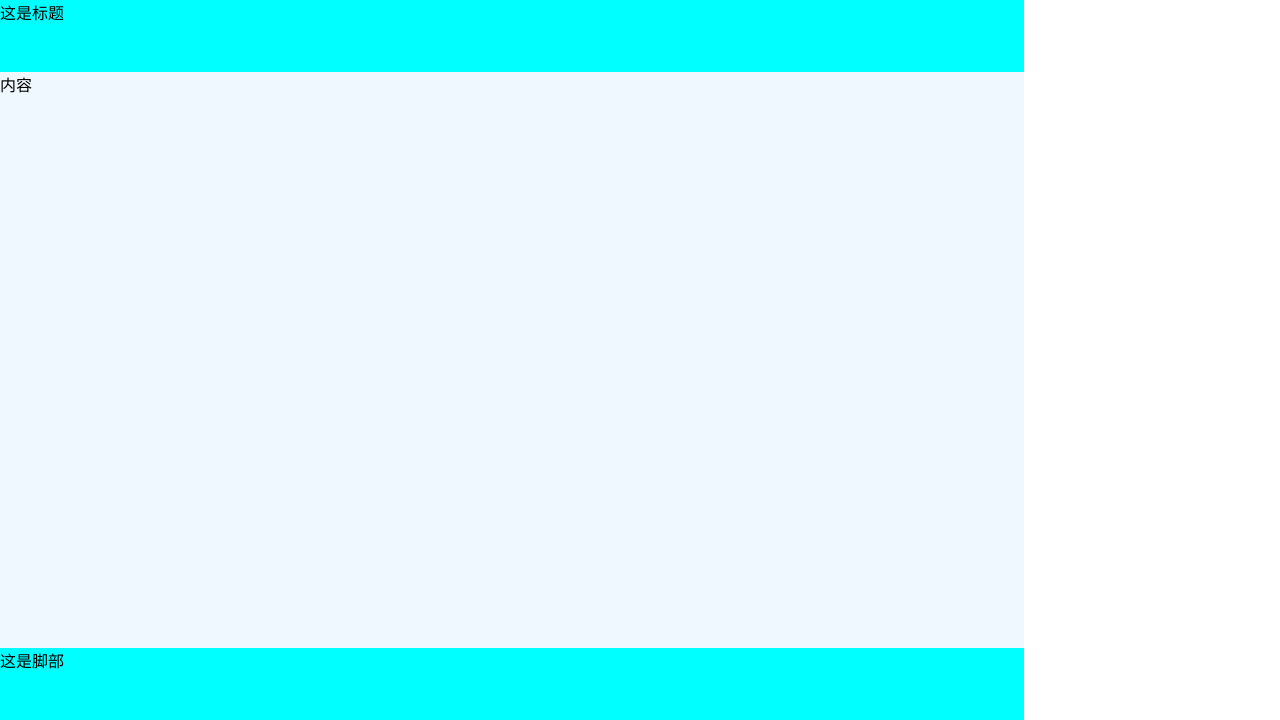
Repository: krm007/my
Page: layout.html
The author's editor kept a copy of each file at every save. The page is drawn from the files as they stood at one save, then again after the next save.
The browser window is 1280 px wide. The pictures show the whole page.

Above is the page before, as saved 2019-01-23 10:59:54.

After the next save:
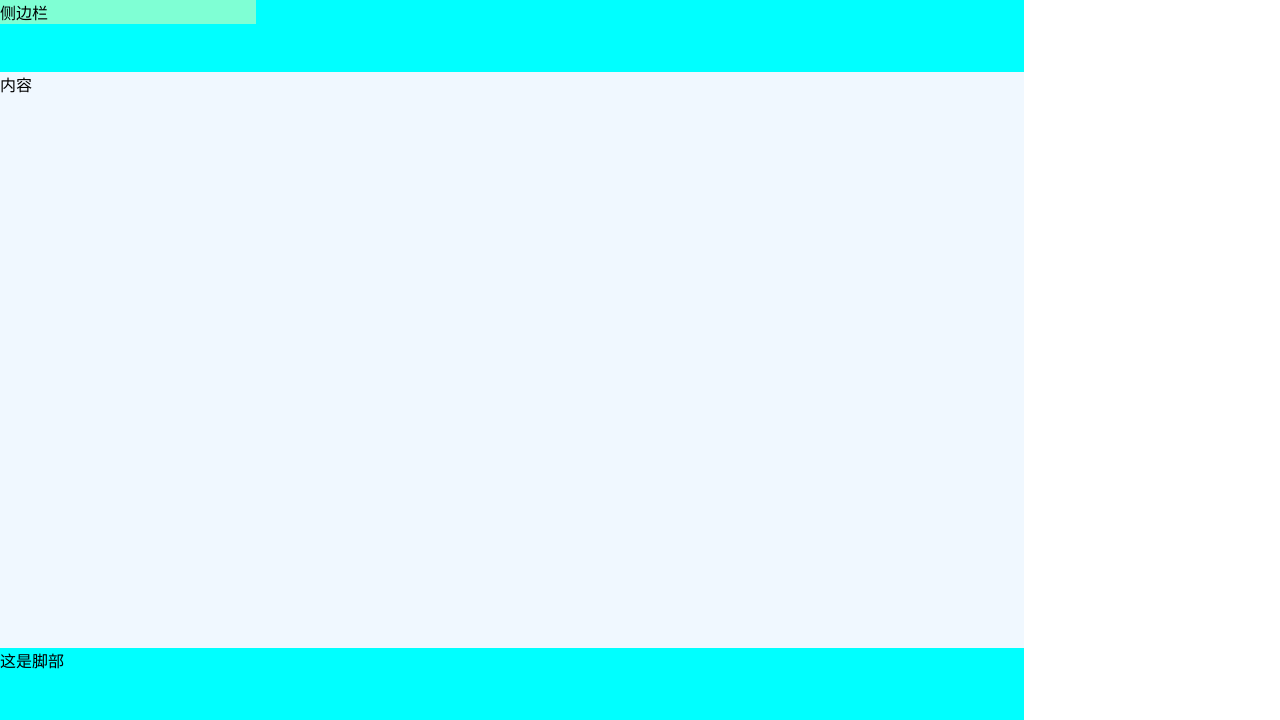
Saved 111 s later.
--- a/layout.html
+++ b/layout.html
@@ -10,7 +10,7 @@
             margin: 0;
             padding: 0
         }
-    aside{
+    section{
         width: 20%;
         max-height:100vh;
         background-color: aquamarine;
@@ -34,7 +34,7 @@
     </style>
 </head>
 <body>
-    <aside></aside>
+    <section>侧边栏</section>
     <header>这是标题</header>
     <article>内容</article>
     <footer>这是脚部</footer>
